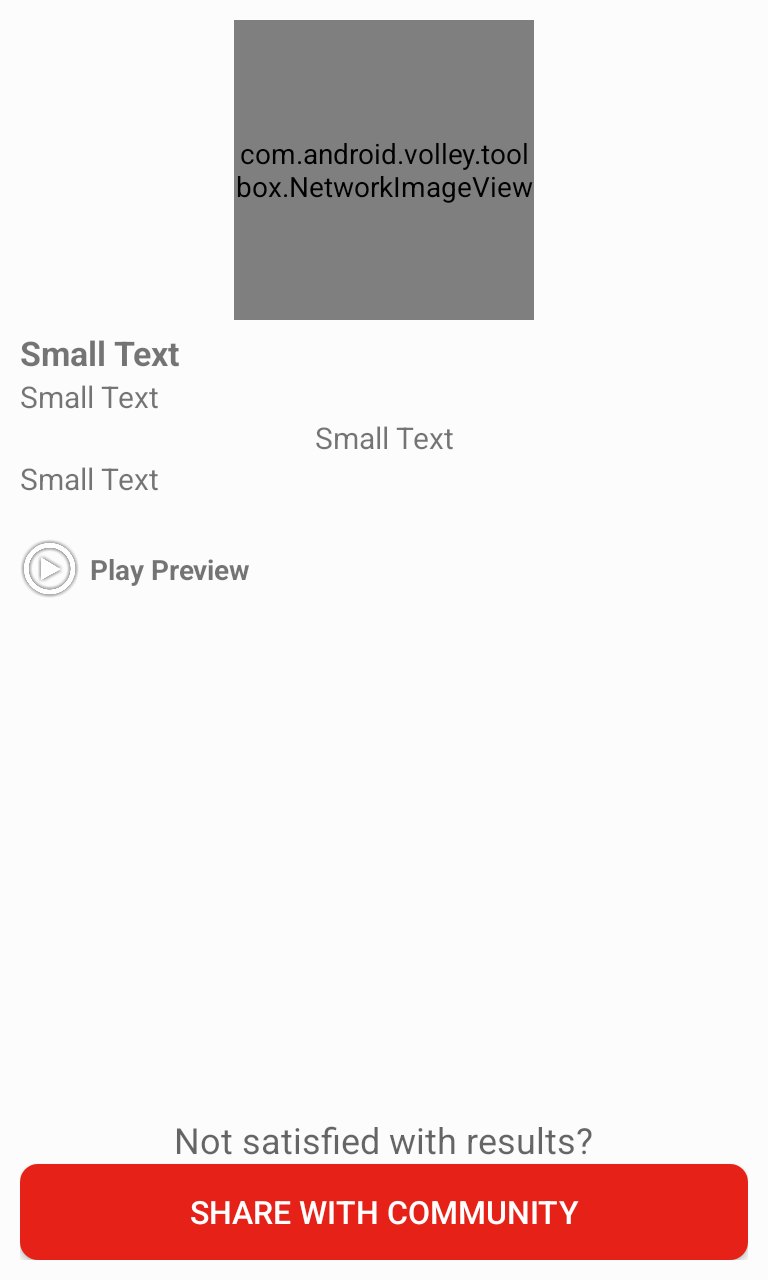
Repository: savindra/cutting-edge
Layout: Humzearch/res/layout/record_tune_result.xml
These files come from the project's save history. The layout is drawn as it stood at one moment and after the next save; the edit follows.
Pictures or frames that could not be fetched are drawn as grey boxes. It is drawn on a 768 x 1280 px phone screen (xhdpi) without system bars, with theme AppTheme; the app's code is not run.

Above is the layout before, as saved 2015-06-23 08:19:23.

### Humzearch/res/layout/record_tune_result.xml
<?xml version="1.0" encoding="utf-8"?>
<ScrollView xmlns:android="http://schemas.android.com/apk/res/android"
    android:layout_width="fill_parent"
    android:layout_height="fill_parent"
    android:fillViewport="true" >

<RelativeLayout
    android:layout_width="match_parent"
    android:layout_height="match_parent"
    android:background="@color/background"
    android:orientation="vertical" >

    <LinearLayout
        android:id="@+id/linearLayout1"
        android:layout_width="match_parent"
        android:layout_height="wrap_content"
        android:layout_margin="10dp"
        android:orientation="vertical" >

        <LinearLayout
            android:layout_width="match_parent"
            android:layout_height="wrap_content"
            android:layout_weight="0.20"
            android:gravity="center"
            android:orientation="horizontal" >

            <com.android.volley.toolbox.NetworkImageView
                android:id="@+id/imgTuneResultCover"
                android:layout_width="150dp"
                android:layout_height="150dp"
                android:src="@drawable/ic_cover_not_available" />
        </LinearLayout>

        <LinearLayout
            android:layout_width="match_parent"
            android:layout_height="wrap_content"
            android:layout_marginTop="5dip"
            android:layout_weight="0.80"
            android:layout_gravity="center_horizontal"
            android:orientation="vertical" >

            <TextView
                android:id="@+id/txtTuneResultName"
                android:layout_width="wrap_content"
                android:layout_height="wrap_content"
                android:gravity="center"
                android:text="Small Text"
                android:textAppearance="?android:attr/textAppearanceSmall"
                android:textSize="@dimen/large"
                android:textStyle="bold" />

            <TextView
                android:id="@+id/txtTuneResultArtist"
                android:layout_width="wrap_content"
                android:layout_height="wrap_content"
                android:gravity="center"
                android:text="Small Text"
                android:textAppearance="?android:attr/textAppearanceSmall"
                android:textSize="@dimen/medium" />

            <TextView
                android:id="@+id/txtTuneResultAlbum"
                android:layout_width="match_parent"
                android:layout_height="wrap_content"
                android:gravity="center"
                android:text="Small Text"
                android:textAppearance="?android:attr/textAppearanceSmall"
                android:textSize="@dimen/medium" />

            <TextView
                android:id="@+id/txtTuneResultYear"
                android:layout_width="wrap_content"
                android:layout_height="wrap_content"
                android:gravity="center"
                android:text="Small Text"
                android:textAppearance="?android:attr/textAppearanceSmall"
                android:textSize="@dimen/medium" />

        </LinearLayout>
    </LinearLayout>

    <LinearLayout
        android:layout_width="match_parent"
        android:layout_height="wrap_content"
        android:layout_below="@+id/linearLayout1"
        android:layout_margin="10dp" >

        <RelativeLayout
            android:layout_width="match_parent"
            android:layout_height="wrap_content" >

            <ImageView
                android:id="@+id/imageView2"
                android:layout_width="30dp"
                android:layout_height="30dp"
                android:src="@drawable/ic_play2" />

            <TextView
                android:id="@+id/txtRecordTuneResultPlayPreview"
                android:layout_width="wrap_content"
                android:layout_height="wrap_content"
                android:layout_centerVertical="true"
                android:layout_marginLeft="5dp"
                android:layout_toRightOf="@+id/imageView2"
                android:text="@string/playpreview"
                android:textAppearance="?android:attr/textAppearanceSmall"
                android:textStyle="bold" />
        </RelativeLayout>
    </LinearLayout>

    <LinearLayout
        android:layout_width="match_parent"
        android:layout_height="wrap_content"
        android:layout_alignParentBottom="true"
        android:layout_margin="10dp"
        android:gravity="center"
        android:orientation="vertical" >

        <TextView
            android:id="@+id/txtView2"
            android:layout_width="wrap_content"
            android:layout_height="wrap_content"
            android:text="@string/notsatisfied"
            android:textAppearance="?android:attr/textAppearanceMedium" />

        <Button
            android:id="@+id/btnTuneResultShare"
            style="?android:attr/buttonStyleSmall"
            android:layout_width="match_parent"
            android:layout_height="wrap_content"
            android:text="@string/sharewithcommunity"
            android:background="@drawable/buttonshape"
            android:textSize="16sp"
            android:textColor="#ffffff" />
    </LinearLayout>

</RelativeLayout>
</ScrollView>

### Humzearch/res/values-v21/style.xml
<?xml version="1.0" encoding="utf-8"?>
<resources>
    <style name="AppTheme" parent="AppTheme.Base">
        <!-- Customize your theme using Material Design here. -->
    </style>
</resources>

### Humzearch/res/values/styles.xml
<resources>

    <!-- Base application theme. -->
    <style name="AppTheme" parent="AppTheme.Base"/>

    <style name="AppTheme.Base" parent="Theme.AppCompat.Light.DarkActionBar">
        <!-- Customize your theme here. -->

        <!-- colorPrimary is used for the default action bar background -->
        <item name="colorPrimary">@color/ColorPrimary</item>

        <!-- colorPrimaryDark is used for the status bar -->
        <item name="colorPrimaryDark">@color/ColorPrimaryDark</item>

        <!-- colorAccent is used as the default value for colorControlActivated
             which is used to tint widgets -->

        <!-- You can also set colorControlNormal, colorControlActivated
             colorControlHighlight & colorSwitchThumbNormal. -->

        <item name="homeAsUpIndicator">@drawable/ic_drawer</item>
		<item name="android:homeAsUpIndicator">@drawable/ic_drawer</item>
    </style>

    <style name="AppTheme.NoTitleBar" parent="Theme.AppCompat.Light.NoActionBar">
        <!-- Customize your theme here. -->

        <!-- colorPrimary is used for the default action bar background -->
        <item name="colorPrimary">@color/ColorPrimary</item>

        <!-- colorPrimaryDark is used for the status bar -->
        <item name="colorPrimaryDark">@color/ColorPrimaryDark</item>

        <!-- colorAccent is used as the default value for colorControlActivated
             which is used to tint widgets -->

        <!-- You can also set colorControlNormal, colorControlActivated
             colorControlHighlight & colorSwitchThumbNormal. -->
    </style>

    <style name="AppTheme.BackButton" parent="Theme.AppCompat.Light.DarkActionBar">
        <!-- Customize your theme here. -->

        <!-- colorPrimary is used for the default action bar background -->
        <item name="colorPrimary">@color/ColorPrimary</item>

        <!-- colorPrimaryDark is used for the status bar -->
        <item name="colorPrimaryDark">@color/ColorPrimaryDark</item>

        <!-- colorAccent is used as the default value for colorControlActivated
             which is used to tint widgets -->

        <!-- You can also set colorControlNormal, colorControlActivated
             colorControlHighlight & colorSwitchThumbNormal. -->
    </style>

    <style name="toolbar_bottom" parent="Widget.AppCompat.Toolbar">
    	<item name="contentInsetStart">0dp</item>
    	<item name="contentInsetEnd">0dp</item>
	</style>

</resources>

### Humzearch/res/values/color.xml
<?xml version="1.0" encoding="utf-8"?>
<resources>
    <color name="ColorPrimary">#e62117</color>
    <color name="ColorPrimaryDark">#c31c13</color>
    <color name="tabsScrollColor">#8a140e</color>
    <color name="fontblack">#000</color>

    <!-- Main menu colors -->
    <color name="list_item_title">#303030</color>
    <color name="list_background">#eee</color>
    <color name="list_background_pressed">#aaa</color>
    <color name="counter_text_bg">#626262</color>
    <color name="counter_text_color">#c5c4c4</color>

    <color name="button">#ccc</color>

    <color name="link">#909090</color>
    <color name="secondbar">#f5f5f5</color>
    <color name="background">#fcfcfc</color>

    <color name="list_divider">#d9d9d9</color>
    <color name="list_row_start_color">#ffffff</color>
    <color name="list_row_end_color">#ffffff</color>
    <color name="list_row_hover_start_color">#ebeef0</color>
    <color name="list_row_hover_end_color">#ebeef0</color>

</resources>

### Humzearch/res/values/dimens.xml
<resources>

    <!-- Default screen margins, per the Android Design guidelines. -->
    <dimen name="activity_horizontal_margin">16dp</dimen>
    <dimen name="activity_vertical_margin">16dp</dimen>
    <dimen name="fontsize">18sp</dimen>

    <dimen name="large">17dp</dimen>
    <dimen name="medium">15dip</dimen>
    <dimen name="small">13dip</dimen>
    <dimen name="tiny">12dip</dimen>

</resources>

### Humzearch/res/values/strings.xml
<?xml version="1.0" encoding="utf-8"?>
<resources>

    <string name="app_name">Humzearch</string>
    <string name="hello_world">Hello world!</string>
    <string name="action_settings">Settings</string>
    <string name="username">Username</string>
    <string name="email">Email</string>
    <string name="password">Password</string>
    <string name="login">Login</string>
    <string name="firstname">First Name</string>
    <string name="fullname">Full Name</string>
    <string name="firstandlast">First and Last Name</string>
    <string name="passwordhint">At least 6 characters</string>
    <string name="confirmpass">Confirm Password</string>
    <string name="logout">Logout</string>

    <!-- Nav Drawer Menu Items -->
    <string-array name="main_menu_items">
        <item ></item>
        <item >Record Tune</item>
        <item >View Tunes</item>
        <item >View Responses</item>
        <item >Rewards</item>
        <item >My Account</item>
    </string-array>

    <!-- Nav Drawer List Item Icons -->
    <array name="main_menu_icons">
        <item>@drawable/ic_recordtune</item>
        <item>@drawable/ic_viewtune</item>
        <item>@drawable/ic_viewresponse</item>
        <item>@drawable/ic_reward</item>
        <item>@drawable/ic_myaccount</item>
    </array>

    <string name="desc_list_item_icon">Item Icon</string>

    <string name="timerstart">00:00</string>

    <string name="taptorecord">Tap to Record</string>

    <string name="playpreview">Play Preview</string>

    <string name="notsatisfied">Not satisfied with results?</string>

    <string name="sharewithcommunity">SHARE WITH COMMUNITY</string>

    <!-- Language List -->
    <string-array name="language_array">
        <item>-- Not Selected --</item>
        <item>English</item>
        <item>Chinese/Mandarin</item>
        <item>Spanish</item>
        <item>Arabic</item>
        <item>Hindi</item>
        <item>Russain</item>
        <item>Sinhalese</item>
    </string-array>

    <!-- Country List -->
    <string-array name="countries_array">
        <item>Not Selected</item>
	    <item>Afghanistan</item>
	    <item>Albania</item>
	    <item>Algeria</item>
	    <item>American Samoa</item>
	    <item>Andorra</item>
	    <item>Angola</item>
	    <item>Anguilla</item>
	    <item>Antarctica</item>
	    <item>Antigua and Barbuda</item>
	    <item>Argentina</item>
	    <item>Armenia</item>
	    <item>Aruba</item>
	    <item>Australia</item>
	    <item>Austria</item>
	    <item>Azerbaijan</item>
	    <item>Bahrain</item>
	    <item>Bangladesh</item>
	    <item>Barbados</item>
	    <item>Belarus</item>
	    <item>Belgium</item>
	    <item>Belize</item>
	    <item>Benin</item>
	    <item>Bermuda</item>
	    <item>Bhutan</item>
	    <item>Bolivia</item>
	    <item>Bosnia and Herzegovina</item>
	    <item>Botswana</item>
	    <item>Bouvet Island</item>
	    <item>Brazil</item>
	    <item>British Indian Ocean Territory</item>
	    <item>British Virgin Islands</item>
	    <item>Brunei</item>
	    <item>Bulgaria</item>
	    <item>Burkina Faso</item>
	    <item>Burundi</item>
	    <item>Cambodia</item>
	    <item>Cameroon</item>
	    <item>Canada</item>
	    <item>Cape Verde</item>
	    <item>Cayman Islands</item>
	    <item>Central African Republic</item>
	    <item>Chad</item>
	    <item>Chile</item>
	    <item>China</item>
	    <item>Christmas Island</item>
	    <item>Cocos (Keeling) Islands</item>
	    <item>Colombia</item>
	    <item>Comoros</item>
	    <item>Congo</item>
	    <item>Cook Islands</item>
	    <item>Costa Rica</item>
	    <item>Cote d\'Ivoire</item>
	    <item>Croatia</item>
	    <item>Cuba</item>
	    <item>Cyprus</item>
	    <item>Czech Republic</item>
	    <item>Democratic Republic of the Congo</item>
	    <item>Denmark</item>
	    <item>Djibouti</item>
	    <item>Dominica</item>
	    <item>Dominican Republic</item>
	    <item>East Timor</item>
	    <item>Ecuador</item>
	    <item>Egypt</item>
	    <item>El Salvador</item>
	    <item>Equatorial Guinea</item>
	    <item>Eritrea</item>
	    <item>Estonia</item>
	    <item>Ethiopia</item>
	    <item>Faeroe Islands</item>
	    <item>Falkland Islands</item>
	    <item>Fiji</item>
	    <item>Finland</item>
	    <item>Former Yugoslav Republic of Macedonia</item>
	    <item>France</item>
	    <item>French Guiana</item>
	    <item>French Polynesia</item>
	    <item>French Southern Territories</item>
	    <item>Gabon</item>
	    <item>Georgia</item>
	    <item>Germany</item>
	    <item>Ghana</item>
	    <item>Gibraltar</item>
	    <item>Greece</item>
	    <item>Greenland</item>
	    <item>Grenada</item>
	    <item>Guadeloupe</item>
	    <item>Guam</item>
	    <item>Guatemala</item>
	    <item>Guinea</item>
	    <item>Guinea-Bissau</item>
	    <item>Guyana</item>
	    <item>Haiti</item>
	    <item>Heard Island and McDonald Islands</item>
	    <item>Honduras</item>
	    <item>Hong Kong</item>
	    <item>Hungary</item>
	    <item>Iceland</item>
	    <item>India</item>
	    <item>Indonesia</item>
	    <item>Iran</item>
	    <item>Iraq</item>
	    <item>Ireland</item>
	    <item>Israel</item>
	    <item>Italy</item>
	    <item>Jamaica</item>
	    <item>Japan</item>
	    <item>Jordan</item>
	    <item>Kazakhstan</item>
	    <item>Kenya</item>
	    <item>Kiribati</item>
	    <item>Kuwait</item>
	    <item>Kyrgyzstan</item>
	    <item>Laos</item>
	    <item>Latvia</item>
	    <item>Lebanon</item>
	    <item>Lesotho</item>
	    <item>Liberia</item>
	    <item>Libya</item>
	    <item>Liechtenstein</item>
	    <item>Lithuania</item>
	    <item>Luxembourg</item>
	    <item>Macau</item>
	    <item>Madagascar</item>
	    <item>Malawi</item>
	    <item>Malaysia</item>
	    <item>Maldives</item>
	    <item>Mali</item>
	    <item>Malta</item>
	    <item>Marshall Islands</item>
	    <item>Martinique</item>
	    <item>Mauritania</item>
	    <item>Mauritius</item>
	    <item>Mayotte</item>
	    <item>Mexico</item>
	    <item>Micronesia</item>
	    <item>Moldova</item>
	    <item>Monaco</item>
	    <item>Mongolia</item>
	    <item>Montenegro</item>
	    <item>Montserrat</item>
	    <item>Morocco</item>
	    <item>Mozambique</item>
	    <item>Myanmar</item>
	    <item>Namibia</item>
	    <item>Nauru</item>
	    <item>Nepal</item>
	    <item>Netherlands</item>
	    <item>Netherlands Antilles</item>
	    <item>New Caledonia</item>
	    <item>New Zealand</item>
	    <item>Nicaragua</item>
	    <item>Niger</item>
	    <item>Nigeria</item>
	    <item>Niue</item>
	    <item>Norfolk Island</item>
	    <item>North Korea</item>
	    <item>Northern Marianas</item>
	    <item>Norway</item>
	    <item>Oman</item>
	    <item>Pakistan</item>
	    <item>Palau</item>
	    <item>Panama</item>
	    <item>Papua New Guinea</item>
	    <item>Paraguay</item>
	    <item>Peru</item>
	    <item>Philippines</item>
	    <item>Pitcairn Islands</item>
	    <item>Poland</item>
	    <item>Portugal</item>
	    <item>Puerto Rico</item>
	    <item>Qatar</item>
	    <item>Reunion</item>
	    <item>Romania</item>
	    <item>Russia</item>
	    <item>Rwanda</item>
	    <item>Sqo Tome and Principe</item>
	    <item>Saint Helena</item>
	    <item>Saint Kitts and Nevis</item>
	    <item>Saint Lucia</item>
	    <item>Saint Pierre and Miquelon</item>
	    <item>Saint Vincent and the Grenadines</item>
	    <item>Samoa</item>
	    <item>San Marino</item>
	    <item>Saudi Arabia</item>
	    <item>Senegal</item>
	    <item>Serbia</item>
	    <item>Seychelles</item>
	    <item>Sierra Leone</item>
	    <item>Singapore</item>
	    <item>Slovakia</item>
	    <item>Slovenia</item>
	    <item>Solomon Islands</item>
	    <item>Somalia</item>
	    <item>South Africa</item>
	    <item>South Georgia and the South Sandwich Islands</item>
	    <item>South Korea</item>
	    <item>South Sudan</item>
	    <item>Spain</item>
	    <item>Sri Lanka</item>
	    <item>Sudan</item>
	    <item>Suriname</item>
	    <item>Svalbard and Jan Mayen</item>
	    <item>Swaziland</item>
	    <item>Sweden</item>
	    <item>Switzerland</item>
	    <item>Syria</item>
	    <item>Taiwan</item>
	    <item>Tajikistan</item>
	    <item>Tanzania</item>
	    <item>Thailand</item>
	    <item>The Bahamas</item>
	    <item>The Gambia</item>
	    <item>Togo</item>
	    <item>Tokelau</item>
	    <item>Tonga</item>
	    <item>Trinidad and Tobago</item>
	    <item>Tunisia</item>
	    <item>Turkey</item>
	    <item>Turkmenistan</item>
	    <item>Turks and Caicos Islands</item>
	    <item>Tuvalu</item>
	    <item>Virgin Islands</item>
	    <item>Uganda</item>
	    <item>Ukraine</item>
	    <item>United Arab Emirates</item>
	    <item>United Kingdom</item>
	    <item>United States</item>
	    <item>United States Minor Outlying Islands</item>
	    <item>Uruguay</item>
	    <item>Uzbekistan</item>
	    <item>Vanuatu</item>
	    <item>Vatican City</item>
	    <item>Venezuela</item>
	    <item>Vietnam</item>
	    <item>Wallis and Futuna</item>
	    <item>Western Sahara</item>
	    <item>Yemen</item>
	    <item>Yugoslavia</item>
	    <item>Zambia</item>
	    <item>Zimbabwe</item>
 	</string-array>
	    <string name="artist">Artist</string>
	    <string name="language">Language</string>
	    <string name="country">Country</string>
	    <string name="year">Year</string>
	    <string name="share">SHARE</string>
	    <string name="playtune">Play Tune</string>
	    <string name="addresponse">ADD RESPONSE</string>
	    <string name="title">Title</string>
	    <string name="alltunes">All Tunes</string>
	    <string name="mytunes">My Tunes</string>
	    <string name="deletepermanently">Delete Permanently</string>
	    <string name="respondedtune">Responded Tune</string>
	    <string name="accept">Accept</string>
	    <string name="reject">REJECT</string>
	    <string name="redeem">REDEEM</string>
	    <string name="redeemitems">Redeemed Items</string>
	    <string name="pointsbalance">Points Balance</string>
	    <string name="address">Address</string>
	    <string name="datejoined">Date Joined</string>
	    <string name="changeimage">CHANGE IMAGE</string>
	    <string name="addressline1">Address Line 1</string>
	    <string name="addressline2">Address Line 2</string>
	    <string name="city">City</string>
	    <string name="postcode">Postcode</string>
	    <string name="addedit">ADD/EDIT</string>
	    <string name="noresults">No Results</string>

</resources>

### Humzearch/res/drawable/buttonshape.xml
<?xml version="1.0" encoding="utf-8"?>
<shape xmlns:android="http://schemas.android.com/apk/res/android" android:shape="rectangle" >
	<corners
		android:radius="9dp"
	/>
	<solid
		android:color="#e62117"
	/>
	<padding
		android:left="0dp"
		android:top="0dp"
		android:right="0dp"
		android:bottom="0dp"
	/>
</shape>

After the next save:
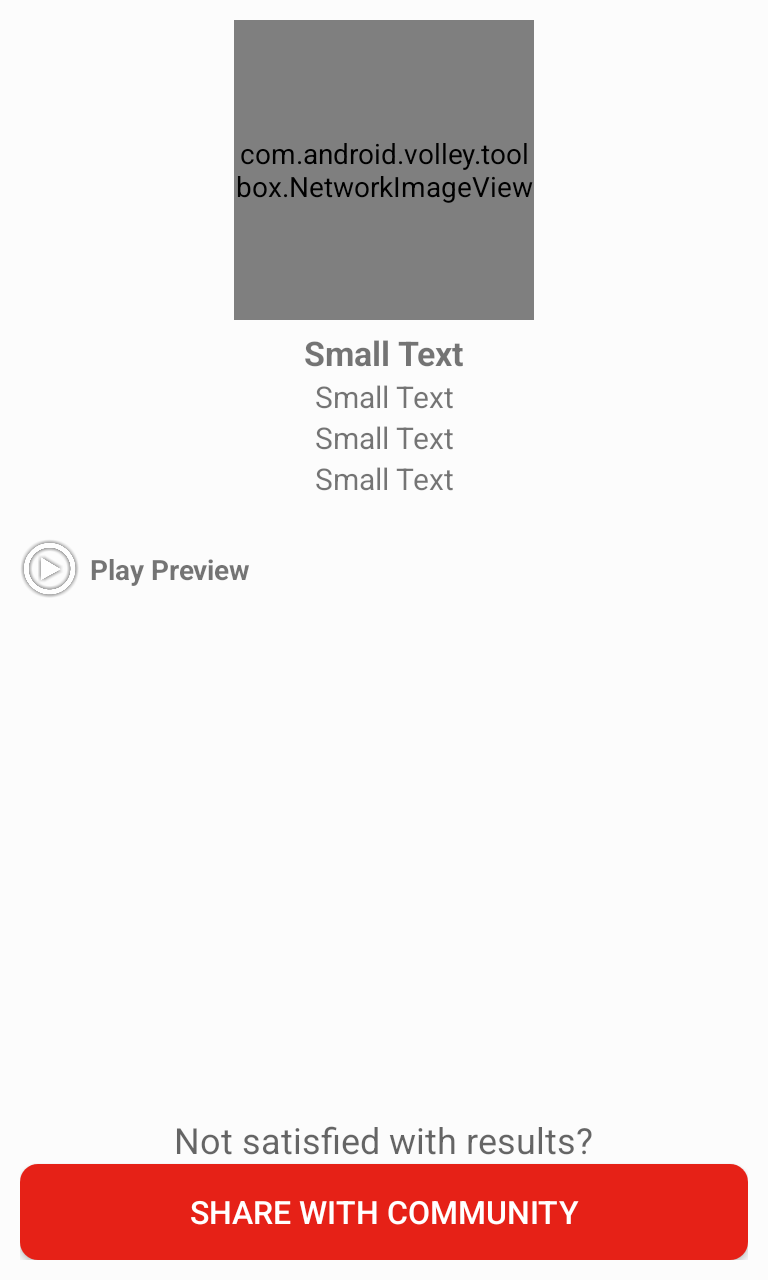
Saved 10 min 14 s later.
--- a/Humzearch/res/layout/record_tune_result.xml
+++ b/Humzearch/res/layout/record_tune_result.xml
@@ -41,7 +41,7 @@
 
             <TextView
                 android:id="@+id/txtTuneResultName"
-                android:layout_width="wrap_content"
+                android:layout_width="match_parent"
                 android:layout_height="wrap_content"
                 android:gravity="center"
                 android:text="Small Text"
@@ -51,7 +51,7 @@
 
             <TextView
                 android:id="@+id/txtTuneResultArtist"
-                android:layout_width="wrap_content"
+                android:layout_width="match_parent"
                 android:layout_height="wrap_content"
                 android:gravity="center"
                 android:text="Small Text"
@@ -69,7 +69,7 @@
 
             <TextView
                 android:id="@+id/txtTuneResultYear"
-                android:layout_width="wrap_content"
+                android:layout_width="match_parent"
                 android:layout_height="wrap_content"
                 android:gravity="center"
                 android:text="Small Text"
